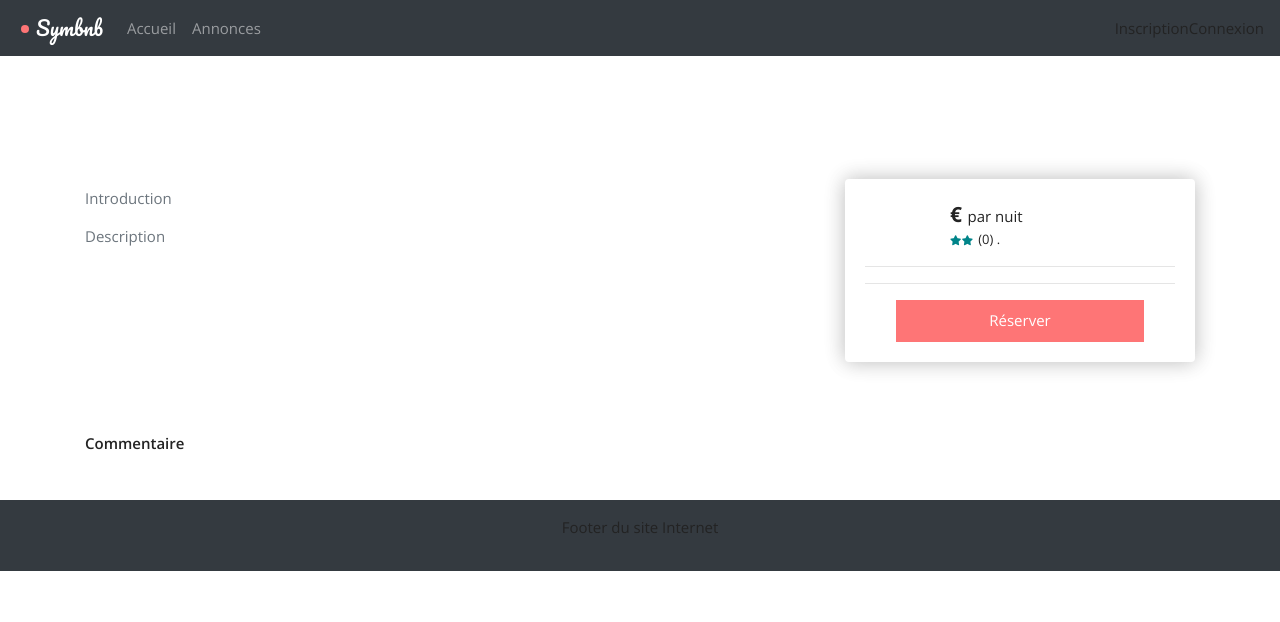
Repository: buzzEclair/symbnb
Page: templates/ad/show.html.twig
An editor plug-in stored every save of this project. The page is shown before and after the next save, followed by the edit.
The browser window is 1280 px wide. The pictures show the whole page.
The page is a Twig template of a Symfony application; nobody is signed in and links lead nowhere. The template is opened directly, without the code that normally fills it, so the values that code supplies are empty.

Above is the page before, as saved 2019-03-15 13:38:25.

After the next save:
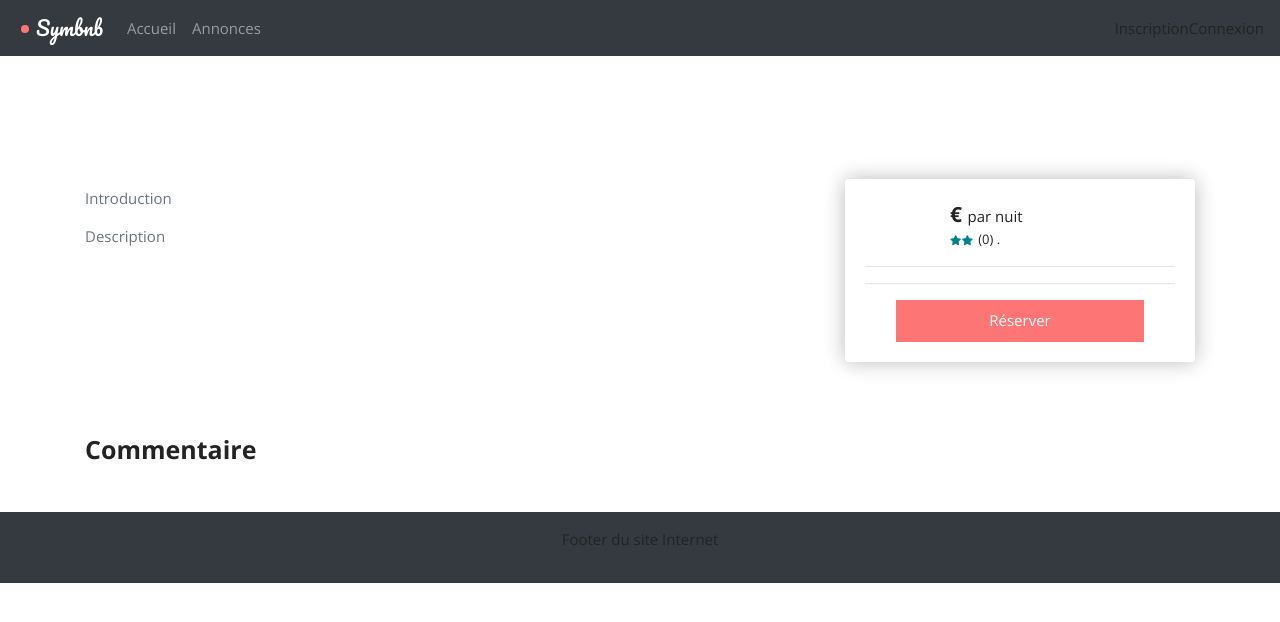
Saved 14 s later.
--- a/templates/ad/show.html.twig
+++ b/templates/ad/show.html.twig
@@ -91,7 +91,7 @@
 
     <br>
     <div class="ad-info">
-        <h5>Commentaire </h5>
+        <h4>Commentaire </h4>
         {% for comments in comment %}
             <div class="media media-comment">
                 <img class="mr-3 rounded-circle" src="{{comments.author.picture}}" alt="{comments.author.slug}}">
